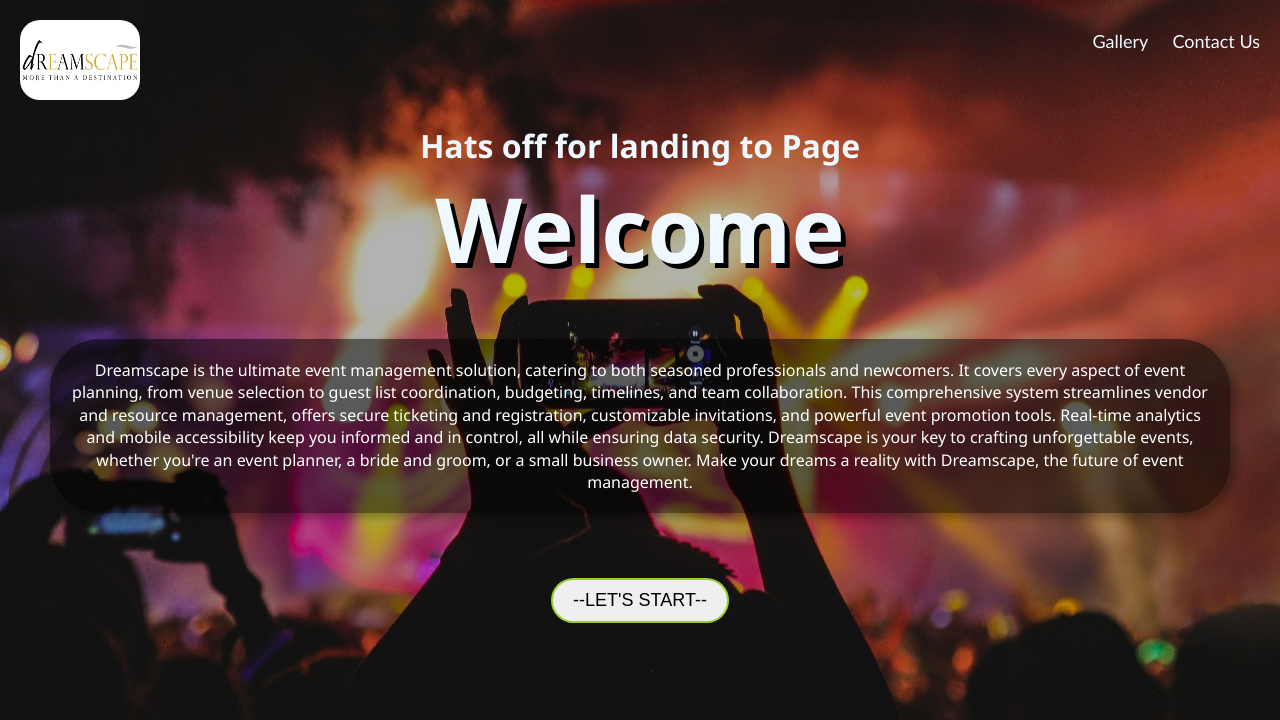
Repository: Dulankayapa/2ndyearoopprojrct
Page: http://localhost/feedback/welcome.jsp
These files come from the project's save history. The page is drawn as it stood at one moment and after the next save; the edit follows.
The browser window is 1280 px wide. The pictures show the whole page.
The page is served by Tomcat 9.

Above is the page before, as saved 2023-10-23 12:46:03.

After the next save:
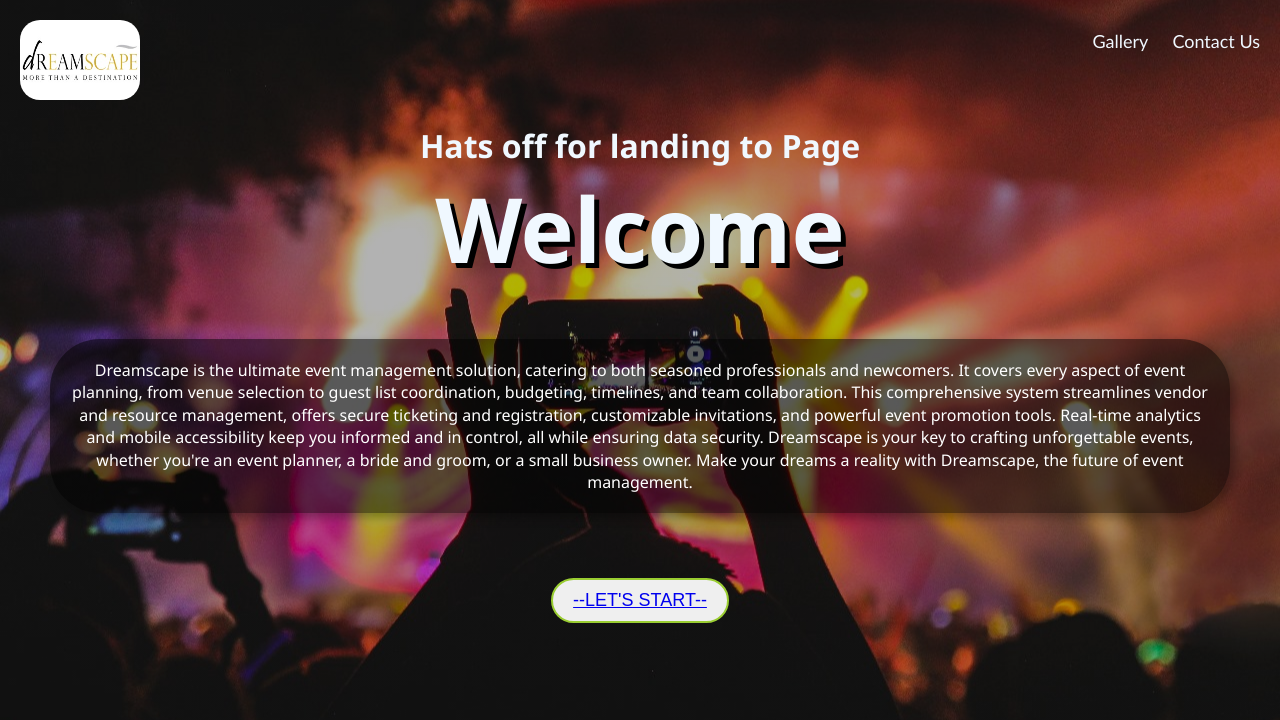
Saved 119 s later.
--- a/feedback/src/main/webapp/welcome.jsp
+++ b/feedback/src/main/webapp/welcome.jsp
@@ -133,7 +133,7 @@ p {
 		dreams a reality with Dreamscape, the future of event management.</p>
 
 	<div class="showcase">
-		<button class="button">--LET'S START--</button>
+		<button class="button"> <a href="Registration.jsp">--LET'S START--</a></button>
 	</div>
 
 </body>
